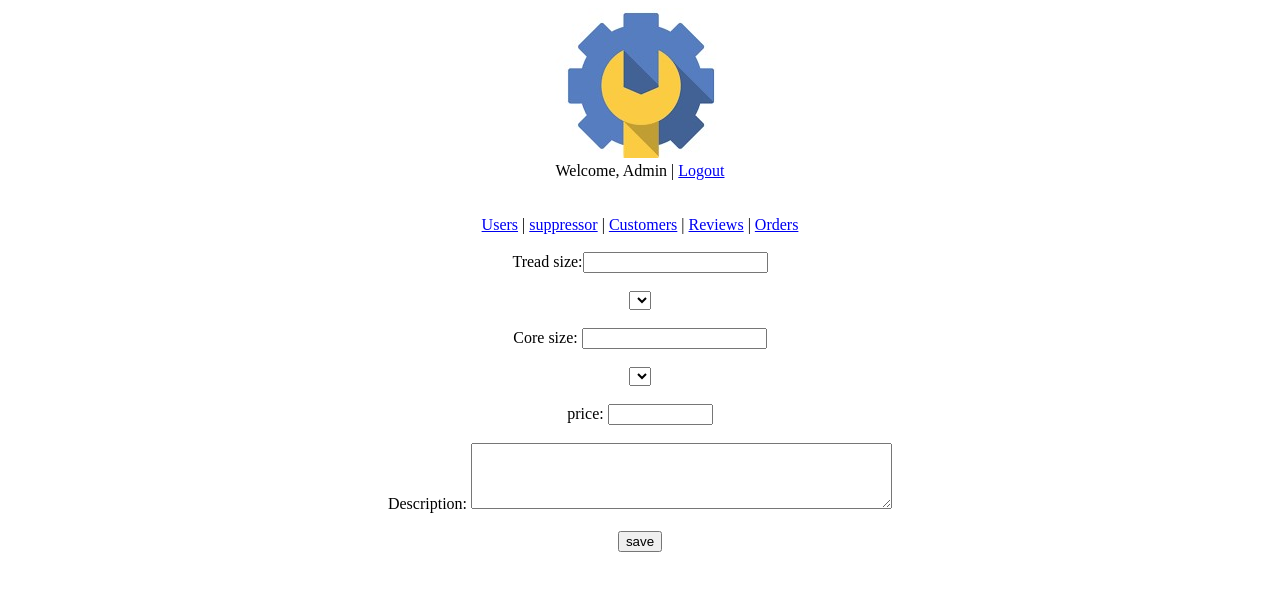
Repository: RezaEftekharzadeh/frey
Page: http://localhost/SilencerStoreProject/admin/silencer_form.jsp
The author's editor kept a copy of each file at every save. The page is drawn from the files as they stood at one save, then again after the next save.
The browser window is 1280 px wide. The pictures show the whole page.
The page is served by Tomcat 9. Nobody is signed in. The application's start-up code is not run.

Above is the page before, as saved 2020-08-10 07:08:15.

After the next save:
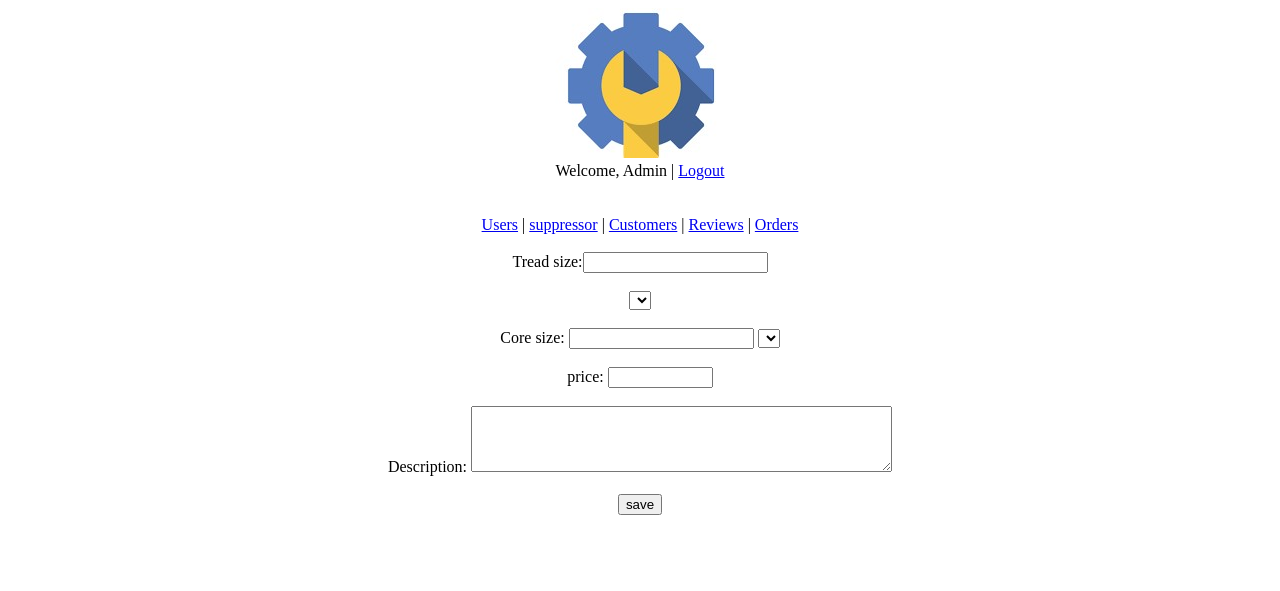
Saved 59 s later.
--- a/SilencerStoreProject/WebContent/admin/silencer_form.jsp
+++ b/SilencerStoreProject/WebContent/admin/silencer_form.jsp
@@ -24,12 +24,12 @@
 			<br/><br/>
 
 			Core size: <input type="text" name="core">
-			<br/><br/>
 
 			<select>
 				<option value>
 
 			</select>
+
 			<br/><br/>
 
 			price: <input type="text" name="price" size="10">
